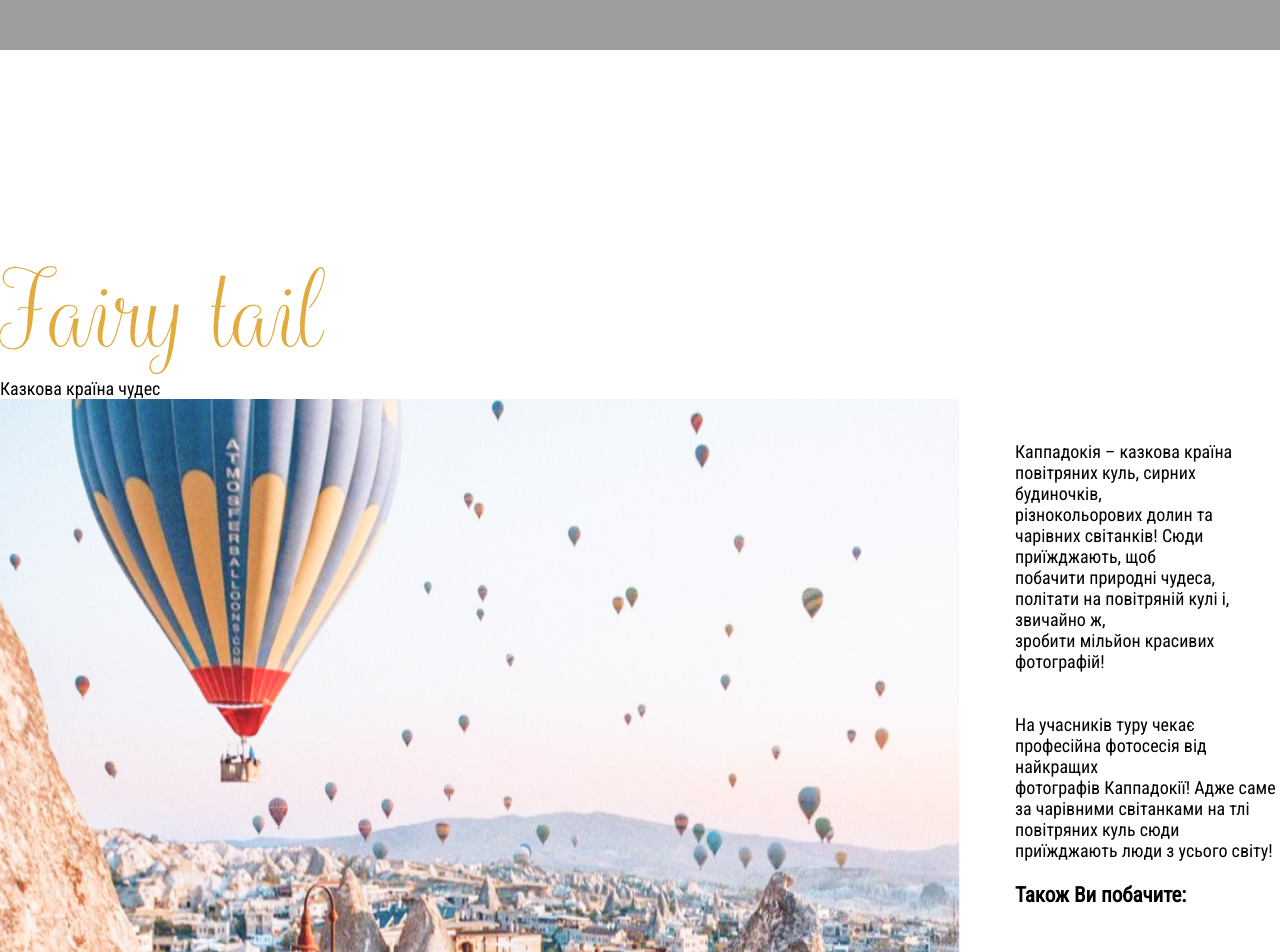
Repository: KYUUBI-K/cappadocia
Page: index.html
The author's editor kept a copy of each file at every save. The page is drawn from the files as they stood at one save, then again after the next save.
The browser window is 1280 px wide. The pictures show the part of the page from y = 670 to 1622 px (the page is 2060 px tall before and 1911 px after).
Pictures or frames that could not be fetched are drawn as grey boxes.

Above is the page before, as saved 2025-08-17 19:10:31.

### index.html
<!DOCTYPE html>
<html lang="en">
  <head>
    <meta charset="UTF-8" />
    <meta name="viewport" content="width=device-width, initial-scale=1.0" />
    <title>Cappadocia</title>
    <link rel="stylesheet" href="./styles.css" />
  </head>
  <body>
    <header class="header">
      <nav class="header-menu">
        <ul class="header-menu-list">
          <li class="header-menu-item">
            <a class="header-menu-link" href="#route">Маршрут</a>
          </li>
          <li class="header-menu-item">
            <a class="header-menu-link" href="#hotel">Готель</a>
          </li>
          <li class="header-menu-item">
            <a class="header-menu-link" href="#price">Вартість</a>
          </li>
        </ul>
        <div class="telephone">
          <svg
            class="phone-icon"
            width="30"
            height="30"
            viewBox="0 0 30 30"
            fill="none"
            xmlns="http://www.w3.org/2000/svg"
          >
            <g clip-path="url(#clip0_31_0)">
              <path
                d="M23.7091 18.5839C23.0949 17.9444 22.3541 17.6025 21.569 17.6025C20.7902 17.6025 20.0431 17.9381 19.4036 18.5776L17.4027 20.5721C17.2381 20.4835 17.0735 20.4011 16.9152 20.3188C16.6873 20.2049 16.472 20.0972 16.2884 19.9832C14.4142 18.7929 12.7109 17.2416 11.0774 15.2345C10.2859 14.2341 9.75404 13.3919 9.36781 12.5372C9.88701 12.0623 10.3682 11.5684 10.8368 11.0935C11.0141 10.9162 11.1913 10.7326 11.3686 10.5553C12.6983 9.22568 12.6983 7.50346 11.3686 6.1738L9.64007 4.44525C9.44379 4.24896 9.24117 4.04635 9.05122 3.84373C8.67132 3.45117 8.27242 3.04594 7.86086 2.66604C7.24669 2.05819 6.51221 1.73528 5.73974 1.73528C4.96727 1.73528 4.22013 2.05819 3.58696 2.66604C3.58063 2.67237 3.58063 2.67237 3.5743 2.6787L1.42152 4.85047C0.61106 5.66093 0.148846 6.64868 0.0475384 7.79472C-0.104423 9.64358 0.440104 11.3658 0.857997 12.4928C1.88373 15.2598 3.41601 17.8241 5.70175 20.5721C8.47504 23.8836 11.8118 26.4986 15.6235 28.3411C17.0798 29.0313 19.0237 29.848 21.1954 29.9873C21.3284 29.9937 21.4677 30 21.5943 30C23.057 30 24.2853 29.4745 25.2477 28.4297C25.2541 28.4171 25.2667 28.4107 25.2731 28.3981C25.6023 27.9992 25.9822 27.6383 26.3811 27.252C26.6534 26.9924 26.932 26.7202 27.2042 26.4353C27.8311 25.7831 28.1603 25.0233 28.1603 24.2445C28.1603 23.4594 27.8247 22.7059 27.1852 22.0727L23.7091 18.5839ZM25.9759 25.2512C25.9695 25.2512 25.9695 25.2576 25.9759 25.2512C25.7289 25.5172 25.4757 25.7578 25.2034 26.0237C24.7918 26.4163 24.374 26.8278 23.9814 27.29C23.3419 27.9739 22.5884 28.2968 21.6007 28.2968C21.5057 28.2968 21.4044 28.2968 21.3094 28.2904C19.4289 28.1701 17.6813 27.4357 16.3707 26.8088C12.7869 25.0739 9.64007 22.6109 7.02508 19.4894C4.86597 16.887 3.42234 14.481 2.46625 11.8977C1.8774 10.3211 1.66212 9.09272 1.7571 7.93401C1.82042 7.19321 2.10534 6.57903 2.63087 6.0535L4.78999 3.89439C5.10024 3.60313 5.42949 3.44484 5.75241 3.44484C6.1513 3.44484 6.47422 3.68544 6.67683 3.88806C6.68317 3.89439 6.6895 3.90072 6.69583 3.90705C7.08206 4.26796 7.4493 4.64153 7.83554 5.04043C8.03182 5.24304 8.23443 5.44565 8.43705 5.6546L10.1656 7.38316C10.8368 8.05432 10.8368 8.67482 10.1656 9.34599C9.98198 9.5296 9.8047 9.71322 9.62108 9.89051C9.08921 10.435 8.58268 10.9416 8.03182 11.4354C8.01916 11.4481 8.00649 11.4544 8.00016 11.4671C7.45563 12.0116 7.55694 12.5435 7.67091 12.9044C7.67724 12.9234 7.68358 12.9424 7.68991 12.9614C8.13946 14.0504 8.77263 15.0762 9.73505 16.2982L9.74138 16.3045C11.4889 18.4573 13.3315 20.1352 15.3639 21.4205C15.6235 21.5852 15.8895 21.7181 16.1427 21.8448C16.3707 21.9587 16.586 22.0664 16.7696 22.1804C16.7949 22.193 16.8202 22.212 16.8456 22.2247C17.0608 22.3323 17.2634 22.383 17.4724 22.383C17.9979 22.383 18.3272 22.0537 18.4348 21.9461L20.6003 19.7806C20.8155 19.5654 21.1574 19.3058 21.5563 19.3058C21.9489 19.3058 22.2718 19.5527 22.4681 19.768C22.4744 19.7743 22.4744 19.7743 22.4808 19.7806L25.9695 23.2694C26.6217 23.9152 26.6217 24.5801 25.9759 25.2512Z"
                fill="black"
              />
              <path
                d="M16.2124 7.13621C17.8713 7.41481 19.3782 8.19994 20.5813 9.40296C21.7843 10.606 22.5631 12.1129 22.848 13.7718C22.9176 14.1897 23.2786 14.481 23.6901 14.481C23.7408 14.481 23.7851 14.4747 23.8357 14.4683C24.3043 14.3923 24.6145 13.9491 24.5386 13.4806C24.1966 11.4734 23.2469 9.64357 21.7969 8.19361C20.347 6.74365 18.5171 5.79389 16.51 5.45198C16.0414 5.376 15.6045 5.68625 15.5222 6.14847C15.4399 6.61068 15.7438 7.06023 16.2124 7.13621Z"
                fill="black"
              />
              <path
                d="M29.9654 13.2337C29.4019 9.92851 27.8443 6.92095 25.4509 4.52757C23.0575 2.13418 20.05 0.576584 16.7448 0.0130621C16.2826 -0.0692501 15.8457 0.247335 15.7634 0.70955C15.6874 1.1781 15.9977 1.61498 16.4662 1.6973C19.4168 2.1975 22.1078 3.59681 24.2479 5.73059C26.388 7.87071 27.781 10.5617 28.2812 13.5123C28.3508 13.9302 28.7117 14.2214 29.1233 14.2214C29.1739 14.2214 29.2183 14.2151 29.2689 14.2087C29.7311 14.1391 30.0477 13.6959 29.9654 13.2337Z"
                fill="black"
              />
            </g>
            <defs>
              <clipPath id="clip0_31_0">
                <rect width="30" height="30" fill="white" />
              </clipPath>
            </defs>
          </svg>
          <span class="number-text">+38(066)555-777-6</span>
        </div>
      </nav>
      <div class="main-title">
        <h1 class="main-title-text">Cappadocia</h1>
        <p class="main-subtitle-text">Ексклюзивний тур</p>
      </div>
    </header>

    <section class="about">
      <div class="section-title">
        <h2 class="section-title-text">Fairy tail</h2>
        <p class="section-subtitle-text">Казкова країна чудес</p>
      </div>

      <div class="about-content">
        <img
          src="./images/Rectangle-about.jpg"
          alt="Hot air balloon"
          class="about-img"
        />
        <aside class="about-text">
          <p>
            Каппадокія – казкова країна повітряних куль, сирних будиночків,
            різнокольорових долин та чарівних світанків! Сюди приїжджають, щоб
            побачити природні чудеса, політати на повітряній кулі і, звичайно ж,
            зробити мільйон красивих фотографій!
          </p>
          <p>
            На учасників туру чекає професійна фотосесія від найкращих
            фотографів Каппадокії! Адже саме за чарівними світанками на тлі
            повітряних куль сюди приїжджають люди з усього світу!
          </p>
          <h3>Також Ви побачите:</h3>
          <ul>
            <li>Музей на відкритому повітрі у Геремі</li>
            <li>Ущелина Іхлара та монастир Селіме</li>
            <li>Підземні міста</li>
            <li>Фортеця Учхісар</li>
            <li>Зельве та Пашабаг</li>
          </ul>
          <p>та багато інших визначних пам'яток.</p>
          <p>
            Місцева кухня - один із приводів відвідати Каппадокію, тут є
            ресторани на будь-який бюджет.
          </p>
        </aside>
      </div>
    </section>
  </body>
</html>

### styles.css
@font-face {
  font-family: "Roboto Condensed";
  src: url("./fonts/RobotoCondensed-Light.woff2") format("woff2");
  font-weight: 300;
  font-style: normal;
  font-display: swap;
}

@font-face {
  font-family: "Roboto Condensed";
  src: url("./fonts/RobotoCondensed-Regular.woff2") format("woff2");
  font-weight: 400;
  font-style: normal;
  font-display: swap;
}

@font-face {
  font-family: "Balqis";
  src: url("./fonts/Balqis.woff2") format("woff2");
  font-weight: 400;
  font-style: normal;
  font-display: swap;
}

:root {
  --color-dark: #000000;
  --color-light: #ffffff;
  --color-gray: #e5e5e5;
  --color-orange: #e2ab3f;

  --border: 1px solid var(--color-orange);

  --font-family-base: "Roboto Condensed", sans-serif;
  --font-family-accent: "Balqis", sans-serif;

  --input-height: 50px;
}

li {
  list-style: none;
}
* {
  margin: 0;
  padding: 0;
  box-sizing: border-box;
}
body {
  font-size: 18px;
  font-family: var(--font-family-base);
  background-color: var(--color-light);
  color: var(--color-dark);
}

.header {
  min-height: 100svh;
  position: relative;
  background: url("./images/Rectangle.jpg") no-repeat center center;
  background-size: cover;
  background-position: center;
  text-align: center;
  margin-bottom: 200px;
}

.header-menu {
  display: flex;
  justify-content: space-evenly;
  align-items: center;
  font-family: var(--font-family-base);
  font-size: 24px;
  font-weight: 400;
  padding-top: 72px;
}
.header-menu-list {
  display: flex;
  column-gap: 45px;
}
.header-menu-link {
  text-decoration: none;
  color: inherit;
}
.telephone {
  display: flex;
  align-items: center;
  column-gap: 10px;
}

.main-title {
  display: flex;
  position: absolute;
  top: 50%;
  left: 50%;
  transform: translate(-50%, -50%);
  text-align: center;
  align-items: flex-end;
  flex-direction: column;
}

.main-title-text {
  font-family: var(--font-family-accent);
  font-size: 250px;
  font-weight: 400;
  line-height: 1;
}

.main-subtitle-text {
  font-size: 56px;
  font-weight: 300;
  line-height: 0;
}

@media (max-width: 1040px) {
  .main-title-text {
    font-size: 150px;
  }
  .main-subtitle-text {
    font-size: 46px;
  }
}

@media (max-width: 830px) {
  .header-menu {
    padding-top: 40px;
  }

  .header-menu-list {
    column-gap: 35px;
  }
  .main-title-text {
    font-size: 150px;
  }
  .main-subtitle-text {
    font-size: 36px;
  }
}

@media (max-width: 630px) {
  .header-menu {
    font-size: 18px;
  }
  .header-menu-list {
    column-gap: 20px;
  }
  .telephone {
    column-gap: 5px;
  }
  .phone-icon {
    width: 18px;
    height: 18px;
  }
  .main-title-text {
    font-size: 100px;
  }
  .main-subtitle-text {
    font-size: 26px;
  }
}

@media (max-width: 450px) {
  .header-menu {
    font-size: 15px;
  }
  .header-menu-list {
    column-gap: 15px;
  }
  .telephone {
    column-gap: 3px;
  }
  .phone-icon {
    width: 15px;
    height: 15px;
  }
  .main-title-text {
    font-size: 50px;
  }
  .main-subtitle-text {
    font-size: 15px;
  }
}

.section-title {
  left: 50%;
  display: flex;
  /* text-align: center; */
  /* align-items: flex-end; */
  flex-direction: column;
}
.section-title-text {
  font-family: var(--font-family-accent);
  font-size: 96px;
  font-weight: 400;
  color: var(--color-orange);
  /* line-height: 1; */
}

.section-subtitle {
  font-size: 24px;
  font-weight: 300;
  /* line-height: 0; */
}

.about-content {
  display: flex;
  column-gap: 55px;
}
.about-text {
  white-space: pre-line;
}

After the next save:
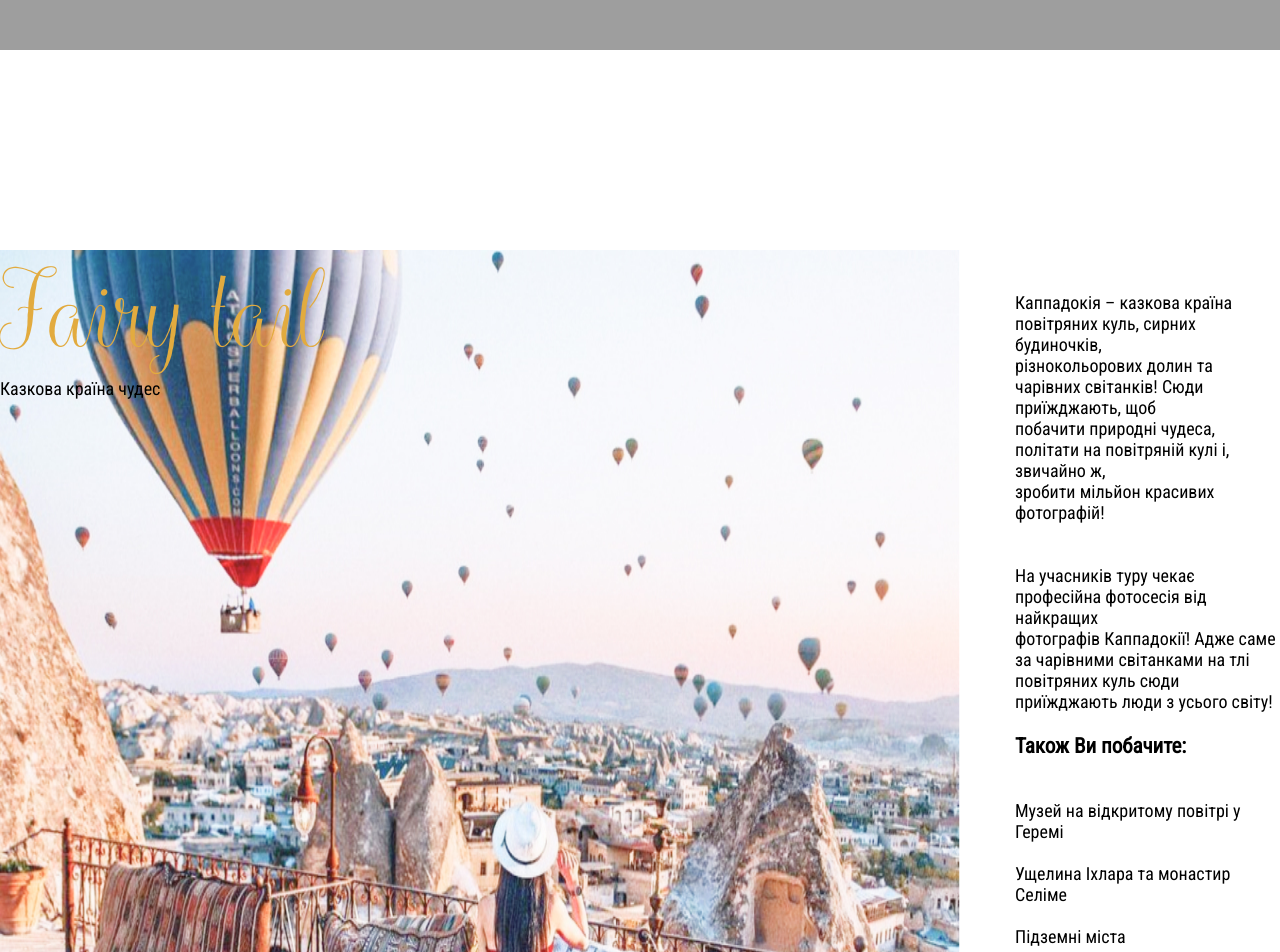
Saved 39 s later.
--- a/styles.css
+++ b/styles.css
@@ -178,7 +178,7 @@
 }
 
 .section-title {
-  left: 50%;
+  position: absolute;
   display: flex;
   /* text-align: center; */
   /* align-items: flex-end; */

After the save that followed:
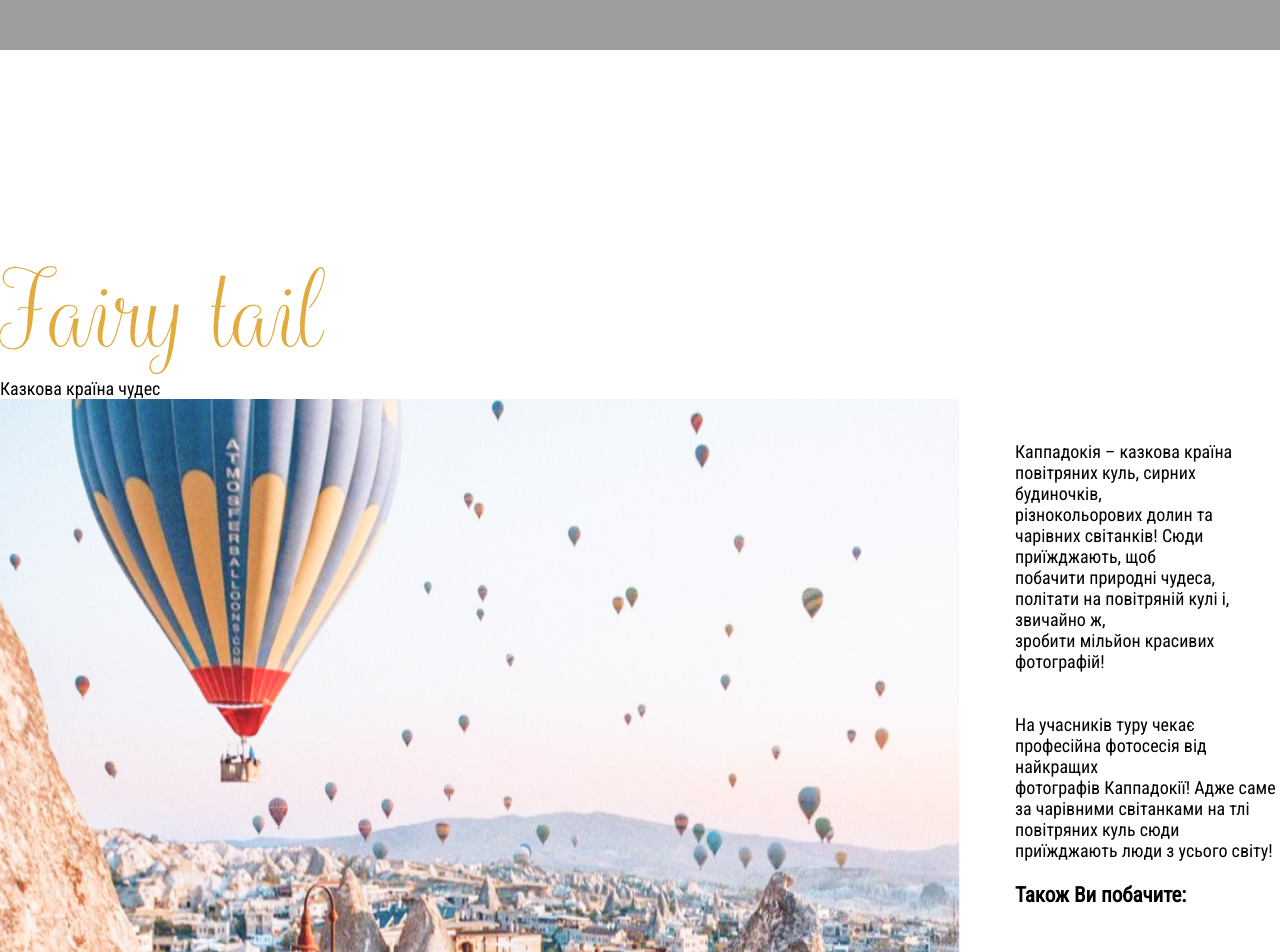
Saved 11 s later.
--- a/styles.css
+++ b/styles.css
@@ -178,7 +178,7 @@
 }
 
 .section-title {
-  position: absolute;
+  position: relative;
   display: flex;
   /* text-align: center; */
   /* align-items: flex-end; */
